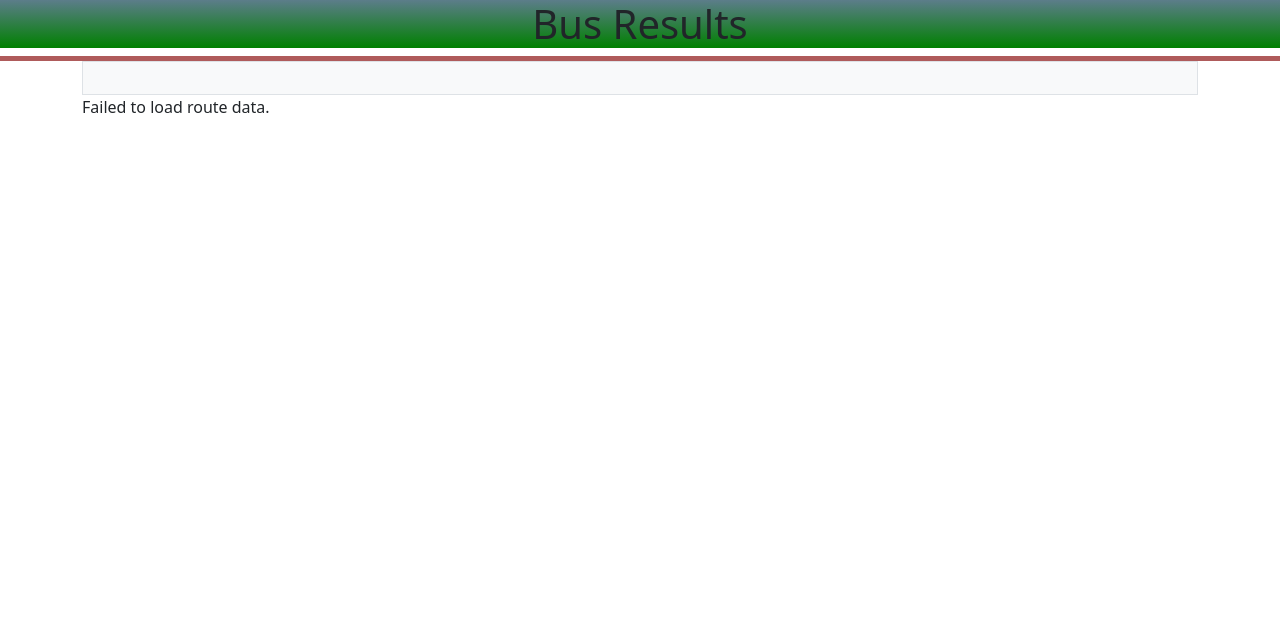
Repository: mohanmania/Redbus_Clone
Page: js-project/bus-details/results.html
The author's editor kept a copy of each file at every save. The page is drawn from the files as they stood at one save, then again after the next save.
The browser window is 1280 px wide. The pictures show the whole page.
The page's requests for data from a server got no answer.

Above is the page before, as saved 2025-01-09 17:13:16.

After the next save:
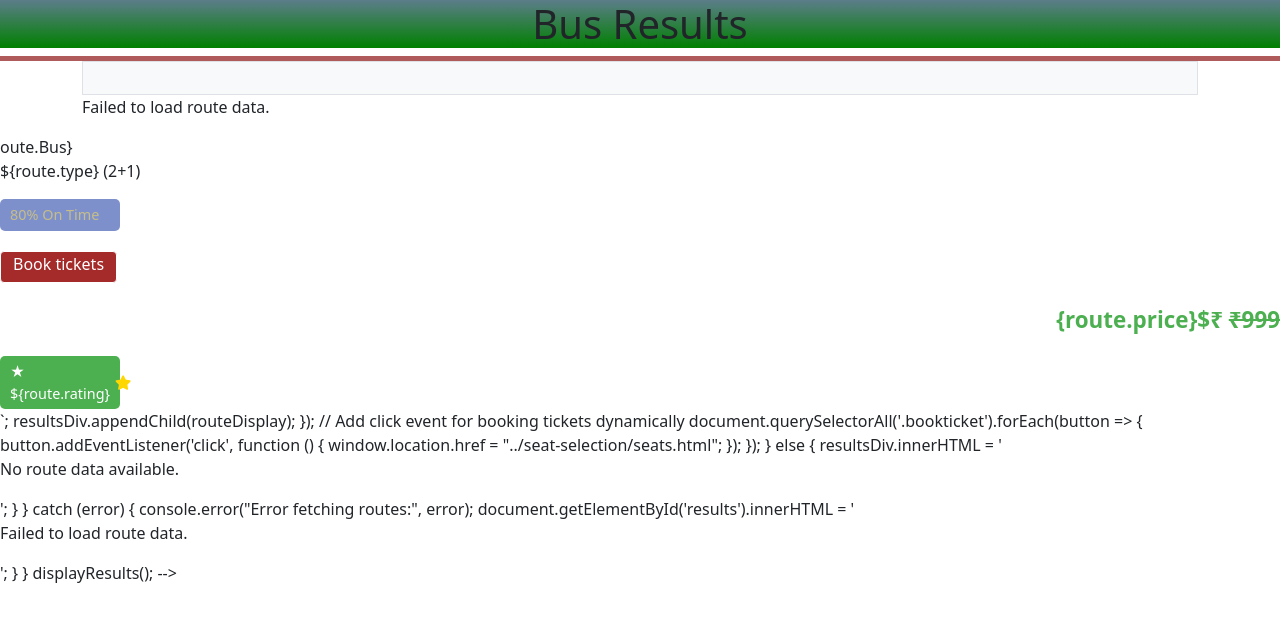
Saved 4 days later.
--- a/js-project/bus-details/results.html
+++ b/js-project/bus-details/results.html
@@ -138,30 +138,7 @@
       </div>
     <div id="results" class="container"></div>
 
-    <!-- <script>
-
-
-        async function displayResults() {
-            try {
-                const response = await fetch("http://localhost:4000/api/Routes");
-                const selectedRoutes = await response.json();
-                let retrive =  JSON.parse( localStorage.getItem(se))
-                console.log(retrive)
-
-                const resultsDiv = document.getElementById('results');
-                resultsDiv.innerHTML = "";
-
-                if (selectedRoutes.length > 0) {
-                    selectedRoutes.forEach(route => {
-
-                        const routeDisplay = document.createElement("div");
-                        routeDisplay.classList.add("rout-card");
-                        routeDisplay.innerHTML = `
-                            <div class="route-info">
-                                <img src="https://png.pngtree.com/png-clipart/20230119/original/pngtree-creative-special-offer-banner-shape-tag-png-image_8922232.png" class="img-style"  height="50px" width="50px"/>
-                                <div class="route-time">${route.from} — ${route.end}</div>
-                                <p class="route-seats">${route.journey} · ${route.seats} Seats</p>
-                                <h3>${route.Bus}</h3>
+  oute.Bus}</h3>
                                 <p>${route.type} (2+1)</p>
                                 <div class="route-ontime">80% On Time</div>
                             </div>
